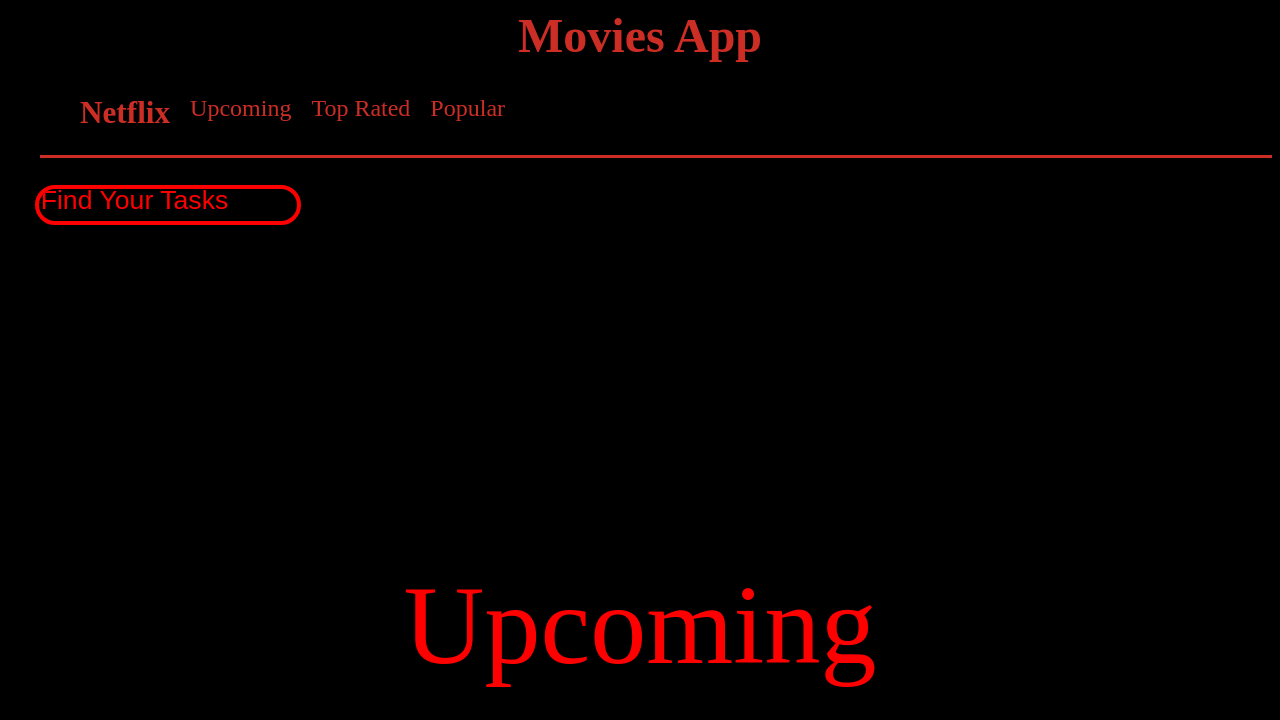
Repository: runner855/movie-app
Page: /
The author's editor kept a copy of each file at every save. The page is drawn from the files as they stood at one save, then again after the next save.
The browser window is 1280 px wide. The pictures show the whole page.
The project was rebuilt for these pictures with package versions that can differ from the ones it lists, and the page was loaded fresh each time. Also part of the build but not shown: src/styles/TopRated.css, src/components/TopRated.tsx, src/styles/Popular.css, src/components/Popular.tsx.

Above is the page before, as saved 2022-11-16 17:37:37.

### src/index.tsx
import React from "react";
import ReactDOM from "react-dom/client";
import { BrowserRouter } from "react-router-dom";
import "./styles/index.css";
import { App } from "./components/App";

const root = ReactDOM.createRoot(
  document.getElementById("root") as HTMLElement
);
root.render(
  <React.StrictMode>
    <BrowserRouter>
      <App />
    </BrowserRouter>
  </React.StrictMode>
);

### src/styles/index.css
body {
  background-color: #000000;
}

code {
  font-family: source-code-pro, Menlo, Monaco, Consolas, "Courier New",
    monospace;
}

### src/components/App.tsx
import React from "react";
import "../styles/App.css";
import { BrowserRouter as Router, Routes, Route, Link } from "react-router-dom";

import { NavBar } from "../components/NavBar";
import { TopRated } from "../components/TopRated";
import { Upcoming } from "./Upcoming";
import { Popular } from "./Popular";
import { MoviesFilter } from "./MoviesFilter";

export const App = () => {
  return (
    <div className="App">
      <div className="title">Movies App</div>

      <NavBar />
      <MoviesFilter />

      <Routes>
        <Route path="/" element={<Upcoming />} />

        <Route path="/top-rated" element={<TopRated />} />
        <Route path="/popular" element={<Popular />} />
      </Routes>
    </div>
  );
};

### src/styles/App.css
.title {
  color: #cc2e25;
  text-align: center;
  font-weight: bold;
  font-size: 3em;
}

### src/components/NavBar.tsx
import * as React from "react";
import "../styles/NavBar.css";
import { Link } from "react-router-dom";

export const NavBar = () => {
  return (
    <header className="navbar">
      <nav>
        <ul>
          <li className="logo">Netflix</li>
          <li>
            <Link className="item" to="/">
              Upcoming
            </Link>
          </li>
          <li>
            <Link className="item" to="/top-rated">
              Top Rated
            </Link>
          </li>
          <li>
            <Link className="item" to="/popular">
              Popular
            </Link>
          </li>
        </ul>
      </nav>
    </header>
  );
};

### src/components/Upcoming.tsx
import React from "react";
import "../styles/Upcoming.css";

export const Upcoming = () => {
  return <div className="upcoming_page">Upcoming</div>;
};

### src/components/MoviesFilter.tsx
import * as React from "react";
import "../styles/MoviesFilter.css";

export const MoviesFilter = () => {
  return (
    <div className="movie_search">
      <input
        className="search-input"
        type="search"
        // onChange={(e) => setValue(e.target.value)}
        // value={value}
        placeholder={"Find Your Tasks"}
      />
    </div>
  );
};

### src/styles/NavBar.css
ul {
  text-align: left;
  list-style: none;
  font-size: 1.5em;
  display: flex;
}
ul li {
  margin-right: 20px;
  color: #cc2e25;
}

a {
  text-decoration: none;
}

a,
a:visited,
a:hover,
a:active {
  color: inherit;
}

.navbar {
  margin: 2em 0em 0em 2em;
}
a:hover {
  border-bottom: solid 3px #cc2e25;
}

.logo {
  font-weight: bold;
  font-size: 1.3em;
}

.navbar {
  border-bottom: #cc2e25 solid 0.2em;
}

### src/styles/Upcoming.css
.upcoming_page {
  color: red;
  text-align: center;
  margin-top: 3em;
  font-size: 7em;
}

### src/styles/MoviesFilter.css
.movie_search input {
  text-align: left;
  margin: 2em 0em 0em 2em;
}

input {
  border: solid red 0.3em;
  border-radius: 2em;
  background-color: #0000;
  width: 20em;
  height: 3em;
}

input::placeholder {
  color: red;
  font-size: 2em;
}

Loaded but not shown: public/index.html (common file)

After the next save:
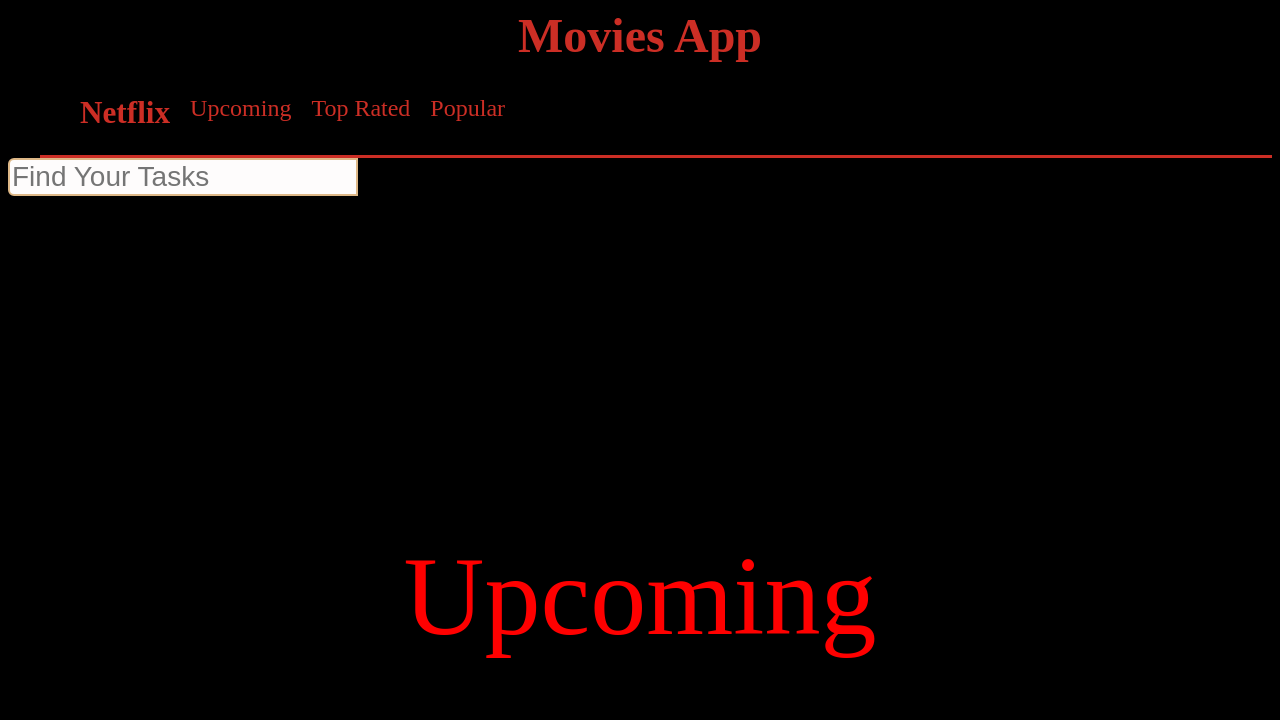
Saved 80 s later.
--- a/src/styles/MoviesFilter.css
+++ b/src/styles/MoviesFilter.css
@@ -1,4 +1,4 @@
-.movie_search input {
+/* .movie_search input {
   text-align: left;
   margin: 2em 0em 0em 2em;
 }
@@ -14,4 +14,48 @@
 input::placeholder {
   color: red;
   font-size: 2em;
+} */
+
+.search-input {
+  width: 350px;
+  background: rgba(255, 253, 253, 0.995);
+  border: 2px solid burlywood;
+  font-size: 28px;
+  display: inline-block;
+  outline: none;
+  border-radius: 6px 0 0 6px;
 }
+
+.search-input {
+  grid-column-start: 1;
+  grid-column-end: -1;
+}
+
+.search-input input {
+  width: 100%;
+  box-sizing: border-box;
+  justify-content: center;
+}
+
+.search {
+  display: flex;
+  flex-direction: row;
+  justify-content: center;
+  text-decoration: none;
+  margin-top: 6em;
+}
+
+.search-btn {
+  position: relative;
+  border: 2px solid burlywood;
+  background-color: burlywood;
+  color: 000;
+  font-size: 28px;
+  display: inline-block;
+  outline: none;
+  border-radius: 0 6px 6px 0;
+}
+
+.search-btn:hover {
+  cursor: pointer;
+}

After the save that followed:
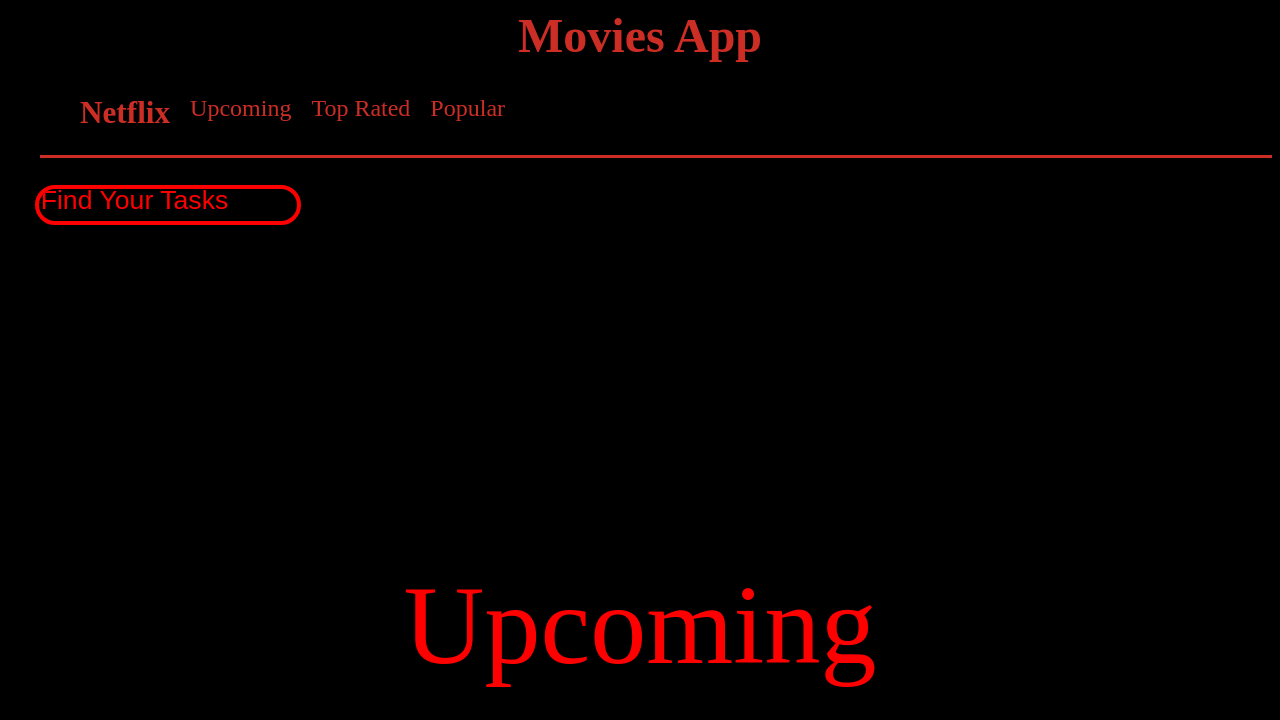
Saved 23 s later.
--- a/src/styles/MoviesFilter.css
+++ b/src/styles/MoviesFilter.css
@@ -1,4 +1,4 @@
-/* .movie_search input {
+.movie_search input {
   text-align: left;
   margin: 2em 0em 0em 2em;
 }
@@ -14,48 +14,4 @@
 input::placeholder {
   color: red;
   font-size: 2em;
-} */
-
-.search-input {
-  width: 350px;
-  background: rgba(255, 253, 253, 0.995);
-  border: 2px solid burlywood;
-  font-size: 28px;
-  display: inline-block;
-  outline: none;
-  border-radius: 6px 0 0 6px;
 }
-
-.search-input {
-  grid-column-start: 1;
-  grid-column-end: -1;
-}
-
-.search-input input {
-  width: 100%;
-  box-sizing: border-box;
-  justify-content: center;
-}
-
-.search {
-  display: flex;
-  flex-direction: row;
-  justify-content: center;
-  text-decoration: none;
-  margin-top: 6em;
-}
-
-.search-btn {
-  position: relative;
-  border: 2px solid burlywood;
-  background-color: burlywood;
-  color: 000;
-  font-size: 28px;
-  display: inline-block;
-  outline: none;
-  border-radius: 0 6px 6px 0;
-}
-
-.search-btn:hover {
-  cursor: pointer;
-}
